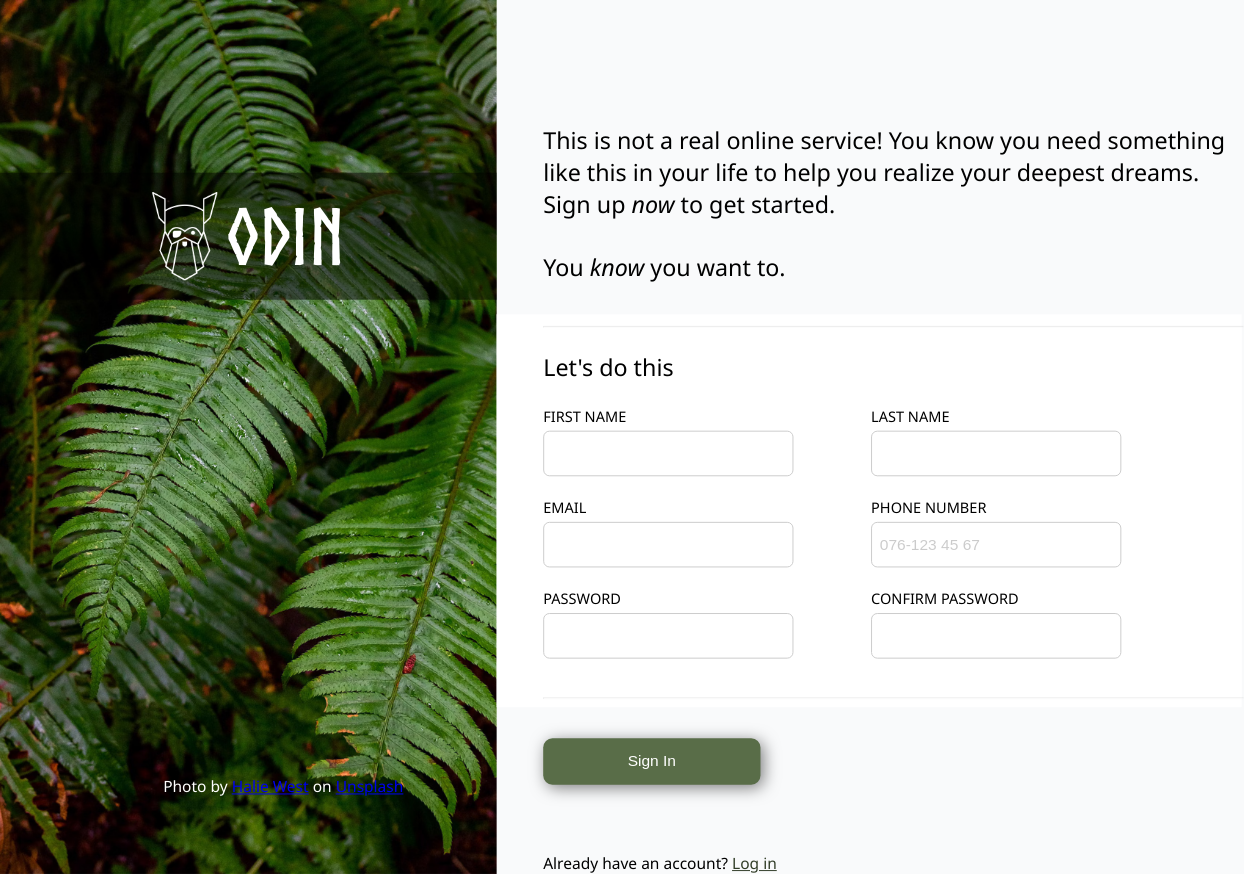
Repository: fed26sto-fundamentals/sign-up-form-odai-dh
Page: index.html
The author's editor kept a copy of each file at every save. The page is drawn from the files as they stood at one save, then again after the next save.
The browser window is 1280 px wide. The page is 1282 px wide, so the pictures cover 1282 px, including what lies to the right of the window. The pictures show the whole page, at 97% of full size.

Above is the page before, as saved 2024-10-01 14:48:22.

After the next save:
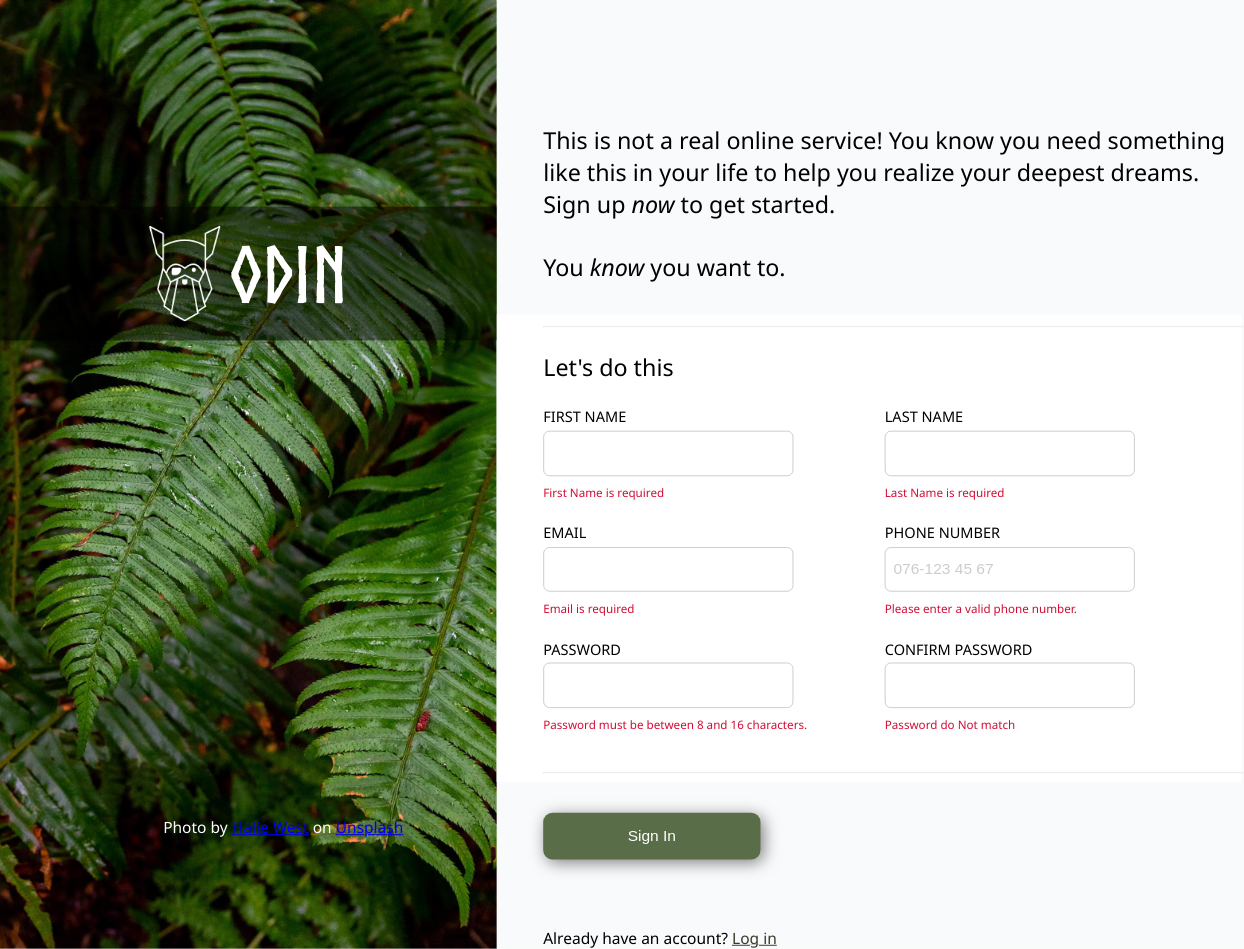
Saved 2 min 2 s later.
--- a/styles.css
+++ b/styles.css
@@ -151,9 +151,7 @@
     margin-top: -5px;
 }
 
-input:not(:focus):invalid+.error-message {
-    display: none;
-}
+
 
 input:invalid+.error-message {
     display: block;

After the save that followed:
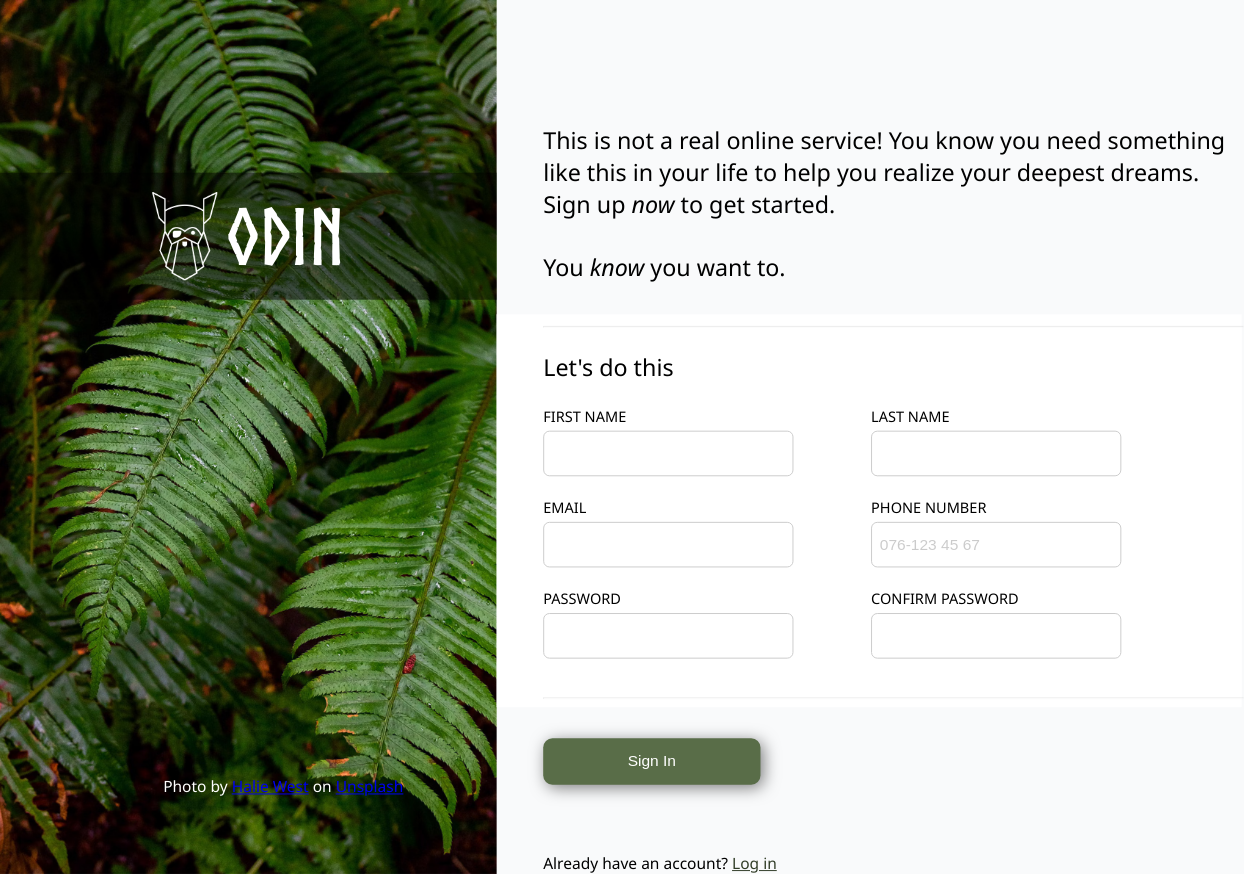
Saved 12 s later.
--- a/styles.css
+++ b/styles.css
@@ -151,7 +151,9 @@
     margin-top: -5px;
 }
 
-
+input:not(:focus):invalid+.error-message {
+    display: none;
+}
 
 input:invalid+.error-message {
     display: block;
